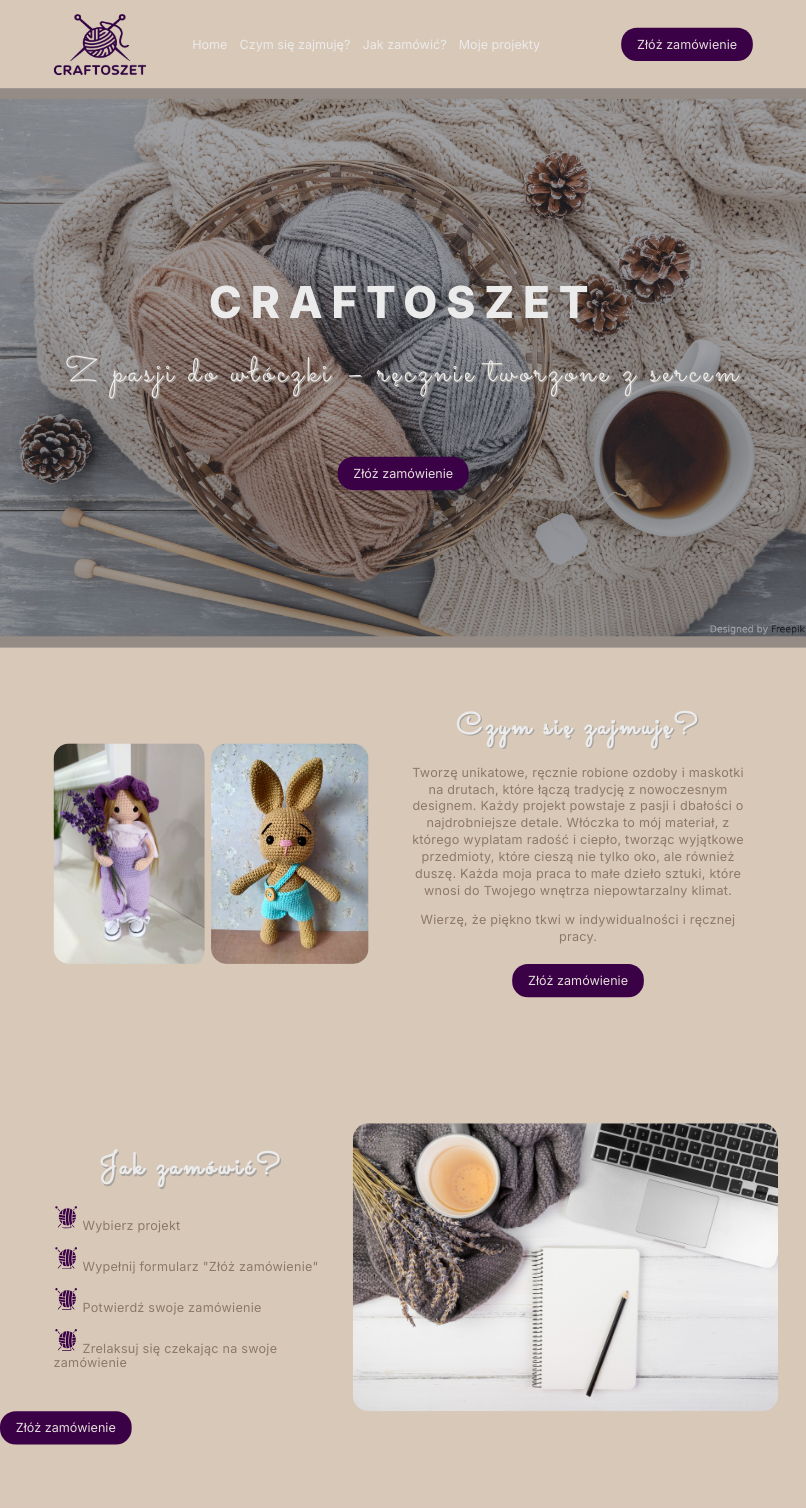
Repository: KlaudiaK0205/Craftoszet
Page: index.html
These files come from the project's save history. The page is drawn as it stood at one moment and after a run of saves; the edit follows.
The browser window is 1280 px wide. The pictures show the whole page, at 63% of full size.
Some web libraries are served in a nearby version. The style sheet was rebuilt from its Sass, Less or Tailwind sources for each picture, by a compiler version that may differ from the author's.

Above is the page before, as saved 2024-10-06 13:50:30.

### index.html
<!DOCTYPE html>
<html lang="en">
<head>
    <meta charset="UTF-8">
    <meta name="viewport" content="width=device-width, initial-scale=1.0">
    <title>Craftoszet</title>
    <!-- FAVICON -->
    <link rel="icon" href="./images/favicon.ico" type="image/x-icon">
    <link rel="icon" siezes="16x16" href="./images/favicon-16x16.png" type="image/png">
    <link rel="icon" siezes="32x32" href="./images/favicon-32x32.png" type="image/png">
    <!-- GOOGLE FONTS -->
    <link rel="preconnect" href="https://fonts.googleapis.com">
    <link rel="preconnect" href="https://fonts.gstatic.com" crossorigin>
    <link href="https://fonts.googleapis.com/css2?family=Inter:ital,opsz,wght@0,14..32,100..900;1,14..32,100..900&family=Sacramento&display=swap" rel="stylesheet">
    <!-- MODERN NORMALIZE -->
    <link rel="stylesheet" href="https://cdn.jsdelivr.net/npm/modern-normalize@3.0.1/modern-normalize.min.css">
    <!-- ANIMATE-->
    <link rel="stylesheet" href="https://cdnjs.cloudflare.com/ajax/libs/animate.css/4.1.1/animate.min.css"/>
    <!-- STYLES -->
    <link rel="stylesheet" href="./sass/main.css">
</head>
<body>
    <header>
        <div class="container">
            <div class="logo-box">
                <img class="logo-image" src="./images/logo.png" alt="a ball of wool">
            </div>
            <nav class="nav">
                <ul class="nav__list">
                    <li class="nav__list__item">
                        <a href="" class="nav__list__link">Home</a>
                    </li>
                    <li class="nav__list__item">
                        <a href="" class="nav__list__link">Czym się zajmuję?</a>
                    </li>
                    <li class="nav__list__item">
                        <a href="" class="nav__list__link">Jak zamówić?</a>
                    </li>
                    <li class="nav__list__item">
                        <a href="" class="nav__list__link">Moje projekty</a>
                    </li>
                </ul>
            </nav>

            <button class="orderBtn" type="button">Złóż zamówienie</button>
        </div>
    </header>

    <main>
        <section class="hero">
            <div class="container">
                <h1 class="hero__header">CRAFTOSZET</h1>
                <p class="hero__undertitle">Z pasji do włóczki – ręcznie tworzone z sercem</p>
                <button class="orderBtn" type="button">Złóż zamówienie</button>
            </div>
        </section>

        <section class="whatIDo">

            <div class="container">
                    <div class="whatIDo-images">
                        <img class="whatIDo-image" src="./images/projekty/fioletowa lalka.jpg" alt="fioletowa lalka z włóczki">
                        <img class="whatIDo-image" src="./images/projekty/króliczek.jpg" alt="króliczek w niebieskich spodenkach z włóczki">
                </div>
                <div class="whatIDo-description">
                    <h2 class="section-header">Czym się zajmuję?</h2>
                    <p class="section-text">Tworzę unikatowe, ręcznie robione ozdoby i maskotki na drutach, które łączą tradycję z nowoczesnym designem.
                        Każdy projekt powstaje z pasji i dbałości o najdrobniejsze detale.
                        Włóczka to mój materiał, z którego wyplatam radość i ciepło, tworząc wyjątkowe przedmioty, które cieszą nie tylko oko, ale również duszę.
                        Każda moja praca to małe dzieło sztuki, które wnosi do Twojego wnętrza niepowtarzalny klimat.
                        <p class="section-text2">Wierzę, że piękno tkwi w indywidualności i ręcznej pracy.</p>
                    <button class="orderBtn" type="button">Złóż zamówienie</button>
                </div>
            </div>
        </section>
        <section class="howOrder">
            <div class="container">

                <div>
                    <h2 class="section-header">Jak zamówić?</h2>
                    <ul class="howOrder__list">
                        <li class="howOrder__item">
                            <svg class="howOrder-icon">
                                <use href="./images/sprite.svg#icon-wool-ball"></use>
                            </svg>
                            Wybierz projekt
                        </li>
                        <li class="howOrder__item">
                            <svg class="howOrder-icon">
                                <use href="./images/sprite.svg#icon-wool-ball"></use>
                            </svg>
                            Wypełnij formularz "Złóż zamówienie"
                        </li>
                        <li class="howOrder__item">
                            <svg class="howOrder-icon">
                                <use href="./images/sprite.svg#icon-wool-ball"></use>
                            </svg>
                            Potwierdź swoje zamówienie
                        </li>
                        <li class="howOrder__item">
                            <svg class="howOrder-icon">
                                <use href="./images/sprite.svg#icon-wool-ball"></use>
                            </svg>
                            Zrelaksuj się czekając na swoje zamówienie
                        </li>
                    </ul>
                </div>
                <div>
                    <img class="howOrder-image" src="./images/howOrder.jpg" alt="">
                </div>

            </div>
            <button class="orderBtn" type="button">Złóż zamówienie</button>
        </section>
    </main>
    <footer></footer>
</body>
</html>

### sass/main.scss
@import './base/common';
@import './base/container';

@import './components/icons';
@import './components/logo';
@import './components/orderBtn';

@import './layout/header';
@import './layout/hero';
@import './layout/howOrder';
@import './layout/whatIDo';

@import './utils/variables';

### sass/base/_common.scss
body {
    font-family: var(--main-font);
    background-color: var(--bgColor);
    margin: 0;
    padding: 0;
}

h1,
h2,
h3,
h4,
h5,
h6 {
    margin: 0;
    padding: 0;
}

ul,
ol,
li {
    margin: 0;
    padding: 0;
    list-style: none;
}

a {
    text-decoration: none;
}

p {
    margin: 0;
    padding: 0;
}

img {
    display: block;
    max-width: 100%;
    height: auto;
}

button {
    cursor: pointer;
}

.list {
    list-style: none;
}

.link {
    text-decoration: none;
}

### sass/base/_container.scss
.container {
    width: 100%;
    max-width: 1200px; /* Maksymalna szerokość dla dużych ekranów */
    margin: 0 auto;
    padding: 0 15px;
}

/* Urządzenia mobilne (do 576px szerokości) */
@media (max-width: 576px) {
    .container {
        max-width: 100%; /* Na małych ekranach szerokość 100% */
        padding: 0 10px;  /* Mniejszy padding na telefonach */
    }
}

/* Tablety (do 768px szerokości) */
@media (max-width: 768px) {
    .container {
        max-width: 720px; /* Dostosowanie dla tabletów */
    }
}

/* Średnie ekrany (do 992px szerokości) */
@media (max-width: 992px) {
    .container {
        max-width: 960px; /* Dostosowanie dla większych tabletów i mniejszych laptopów */
    }
}

/* Duże ekrany (od 1200px szerokości) */
@media (min-width: 1200px) {
    .container {
        max-width: 1140px; /* Ustawienia dla monitorów */
    }
}

### sass/components/_icons.scss
.howOrder-icon {
    width: 40px;
    height: 40px;
    fill: var(--brandColor)
}

### sass/components/_logo.scss
.logo-image {
    width: 150px;
    height: 100px;
    animation: wobble-hor-bottom 10s infinite both;
}

//animations
@keyframes wobble-hor-bottom {
    0%,
    100% {
        transform: translateX(0%);
        transform-origin: 50% 50%;
    }
    15% {
        transform: translateX(-30px) rotate(-6deg);
    }
    30% {
        transform: translateX(15px) rotate(6deg);
    }
    45% {
        transform: translateX(-15px) rotate(-3.6deg);
    }
    60% {
        transform: translateX(9px) rotate(2.4deg);
    }
    75% {
        transform: translateX(-6px) rotate(-1.2deg);
    }
}

### sass/components/_orderBtn.scss
.orderBtn {
    font-size: 20px;
    color: var(--mainColor);
    background-color: var(--brandColor);
    border: none;
    border-radius: 25px;
    margin-left: auto;
    padding: 15px 25px;

    &:hover,
    :focus {
        animation: scale-up-center 0.5s cubic-bezier(0.390, 0.575, 0.565, 1.000) both;
    }
}

//animations
@keyframes scale-up-center {
    0% {
        transform: scale(1);
    }
    100% {
        transform: scale(1.2);
    }
}

### sass/layout/_header.scss
header {
    padding: 20px 0;
}

header .container {
    display: flex;
    align-items: center;
}

.logo-box {
    margin-right: 70px;
}

.nav__list {
    display: flex;
}

.nav__list__item {
    font-size: 20px;

    &:not(:last-child) {
        margin-right: 1.5vw;
    }
}

.nav__list__link {
    color: var(--textColor);
    transition: cubic-bezier(0.4, 0, 0.2, 1) 500ms;

    &:hover,
    :focus {
        color: var(--brandColor);
    }
}

header .orderBtn {
    margin-left: auto;
}

### sass/layout/_hero.scss
.hero {
    background-image: linear-gradient(
        rgba(47, 48, 58, 0.4),
        rgba(47, 48, 58, 0.4)),
        url(/images/bg.jpg);
    background-repeat: no-repeat;
    background-size: contain;
    background-position: center;
    min-height: 80vh;
    text-align: center;
    padding: 300px 0 250px;
}

.hero__header {
    font-size: 70px;
    font-weight: 800;
    padding-bottom: 40px;
    color: var(--textColor);
    letter-spacing: 0.2em;

}

.hero__undertitle {
    font-family: var(--decorative-font);
    font-size: 56px;
    font-weight: 500;
    color: var(--textColor);
    letter-spacing: 0.1em;
    padding-bottom: 100px;
    text-shadow: 2px 2px var(--textShadow);
}

.hero .orderBtn {
    display: flex;
    margin-left: auto;
    margin-right: auto;
}

### sass/layout/_howOrder.scss
.howOrder {
    padding: 100px 0;
}

.howOrder .container {
    display: flex;
    align-items: center;
}

.howOrder .section-header {
    text-align: center;
}

.howOrder-image {
    width: 700px;
    margin-left: 40px;
    border-radius: 25px;
}

.howOrder__list {
}

.howOrder__item {
    font-size: 20px;
    letter-spacing: .02em;
    color: var(--sectionTextColor);
    padding-bottom: 20px;

}

.howOrder-icon {

}

### sass/layout/_whatIDo.scss
.whatIDo {
    padding: 100px 0;
}

.whatIDo .container {
    display: grid;
    grid-template-columns: 1fr 1fr;
    grid-template-rows: 2fr;
    grid-template-areas:
    "images whatIDo"
    ". whatIDo";
}
.whatIDo-images {
    display: flex;
    grid-area: images;
    align-items: center;
}

.whatIDo-image {
    width: 250px;
    height: 350px;
    border-radius: 25px;

    &:not(:last-child) {
        padding-right: 10px;
    }
}

.whatIDo-description {
    grid-area: whatIDo;
    font-size: 20px;
    text-align: center;
}

.section-header {
    font-family: var(--decorative-font);
    font-size: 48px;
    letter-spacing: 0.1em;
    text-shadow: 2px 2px var(--textShadow);
    color: var(--textColor);
    padding-bottom: 30px;
}

.section-text,
.section-text2 {
    letter-spacing: .02em;
    color: var(--sectionTextColor);
    line-height: 1.333;
}

.section-text2 {
    padding-top: 20px;
}

.whatIDo .orderBtn {
    display: flex;
    margin-left: auto;
    margin-right: auto;
    margin-top: 30px;
}

### sass/utils/_variables.scss
:root {
    --main-font: 'Inter' , sans-serif;
    --decorative-font: 'Sacramento', sans-serif;
    --textColor: #ECEBEB;
    --mainColor: #E2DDD9;
    --textShadow: #A8a39d;
    --sectionTextColor: #8D7966;
    --brandColor: #3B0146;
    --bgColor: #D8C8B8;
}

// #A8a39d
//#f8f1e9

After the next 2 saves:
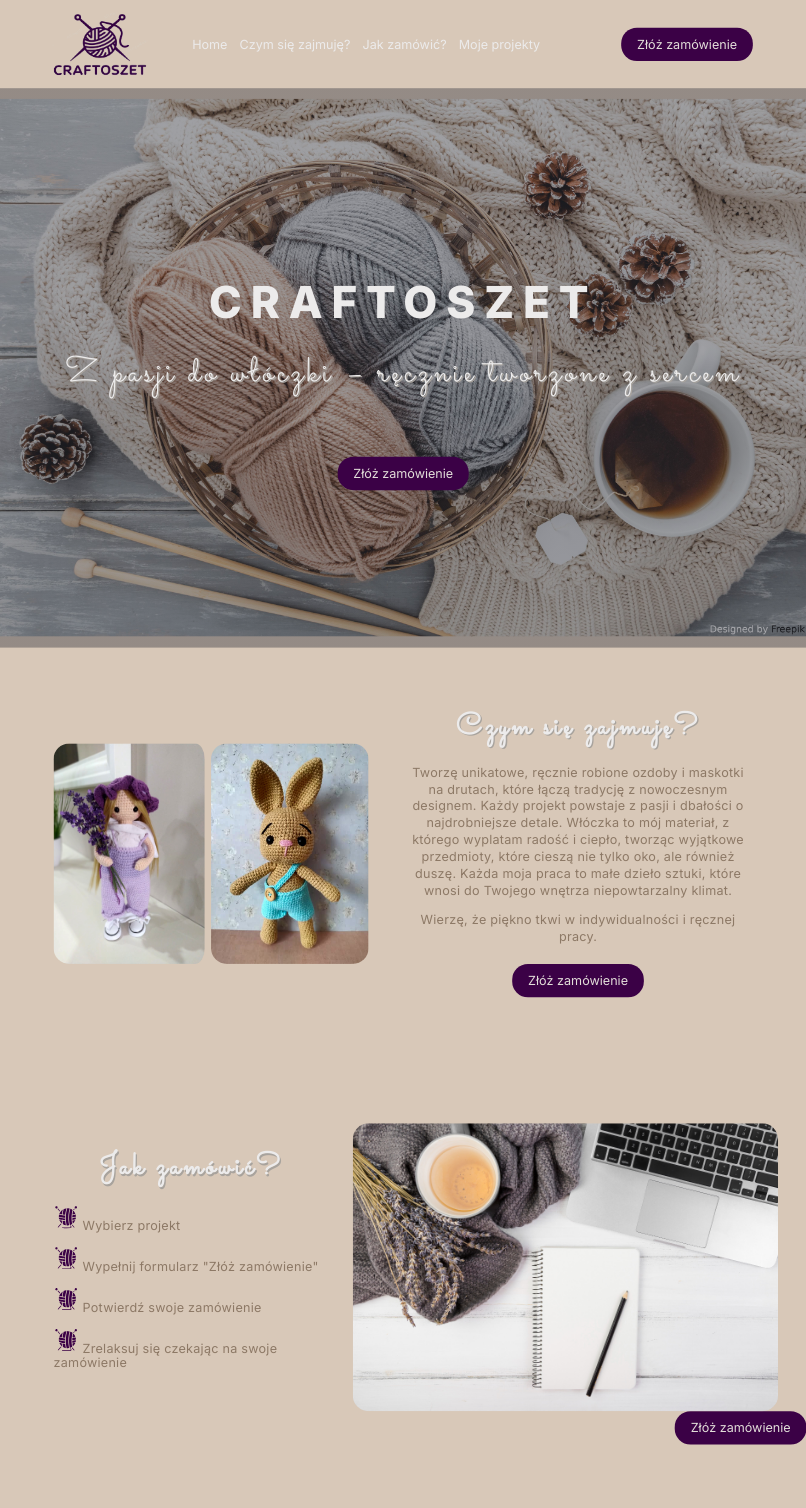
The 2 saves are shown as one change because they came seconds apart.
The last was saved 10 s later.
--- a/sass/layout/_howOrder.scss
+++ b/sass/layout/_howOrder.scss
@@ -31,3 +31,6 @@
 .howOrder-icon {
 
 }
+.howOrder .orderBtn {
+    display: block;
+}
